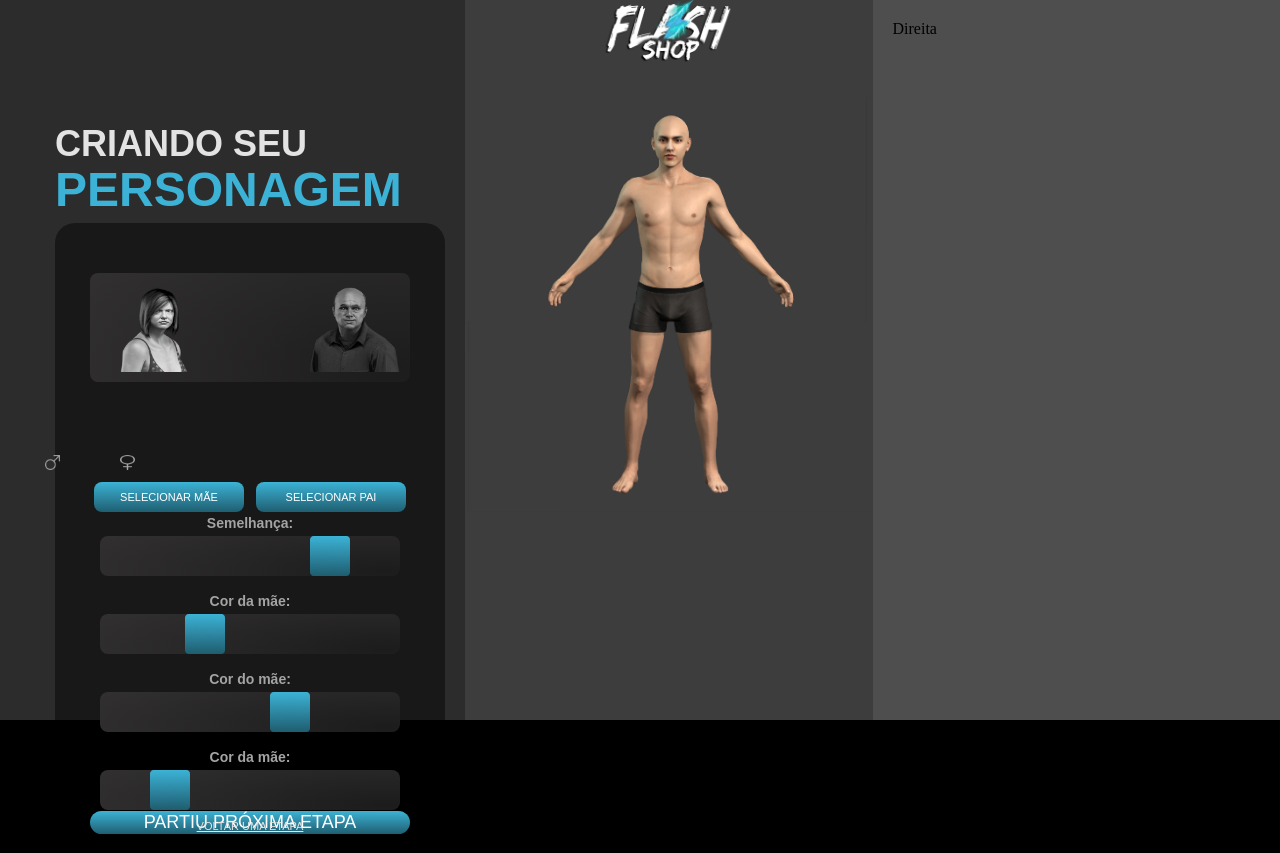
Repository: DuMCorrea/CriandoPerso
Page: index.html
The author's editor kept a copy of each file at every save. The page is drawn from the files as they stood at one save, then again after the next save.
The browser window is 1280 px wide. The pictures show the whole page.

Above is the page before, as saved 2024-08-29 15:32:15.

After the next save:
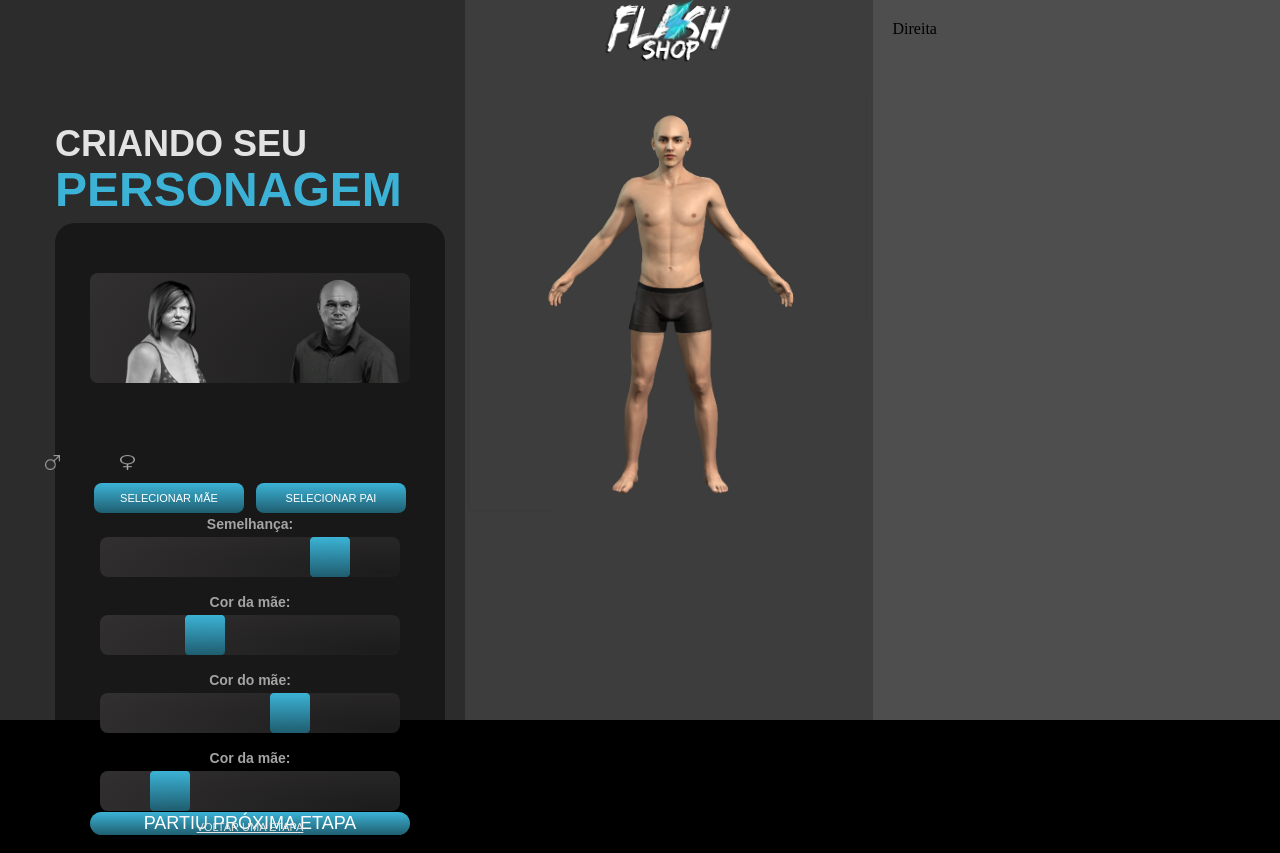
Saved 8 s later.
--- a/styles.css
+++ b/styles.css
@@ -247,8 +247,8 @@
 }
 
 .rectangle-image {
-    width: 90px; /* Largura das imagens */
-    height: 90px; /* Altura das imagens */
+    width: 110px; /* Largura das imagens */
+    height: 110px; /* Altura das imagens */
 }
 
 /* PARTE CENTRAL */
